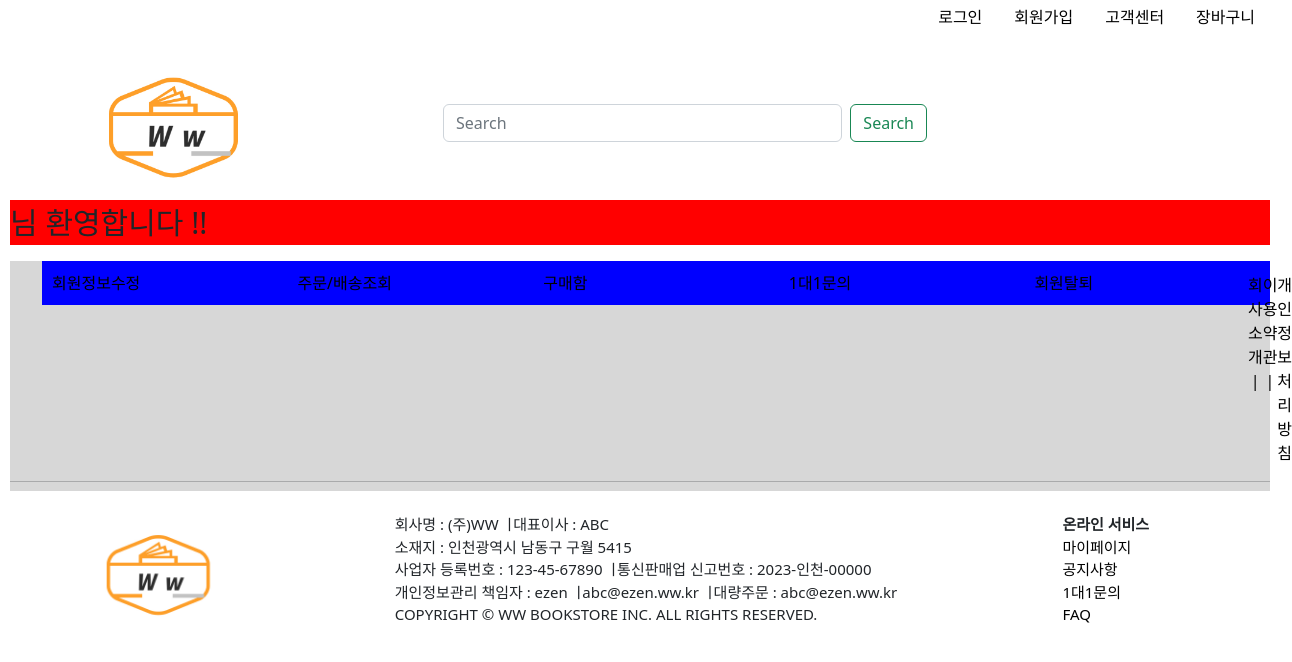
Repository: leehyeonung/project6
Page: http://localhost/book/WEB-INF/views/member/mypage.jsp
The author's editor kept a copy of each file at every save. The page is drawn from the files as they stood at one save, then again after the next save.
The browser window is 1280 px wide. The page is 1292 px wide, then 1287 px, then 1292 px, so the pictures cover 1292 px, including what lies to the right of the window. The pictures show the whole page.
The page is served by Tomcat 9. Nobody is signed in. Other server files are loaded and not shown. The template is opened directly, without the code that normally fills it, so the values that code supplies are empty.

Above is the page before, as saved 2023-01-06 03:06:56.

### book/src/main/webapp/WEB-INF/views/member/mypage.jsp
<%@ page language="java" contentType="text/html; charset=UTF-8"
    pageEncoding="UTF-8"%>
<!DOCTYPE html>
<html>
<head>
<meta charset="UTF-8">
<title>Insert title here</title>
<link rel="stylesheet" type="text/css" href="/resources/css/mypage.css">
</head>
<body>
<jsp:include page="../layout/header.jsp"></jsp:include>
<div class="main">

<div class="information">

<div class="id">
${ses.mem_id}님 환영합니다 !!
</div>

<div class="cell">
${ses.mem_cell_num}
</div>

</div>

<div class="select">
<ul>
	<li><a href="/mem/modify" class="category">회원정보수정</a></li>
	<li><a href="/mem/orderCheck?mem_num=${ses.mem_num}" class="category">주문/배송조회</a></li>
	<li><a href="/mem/buyCheck?mem_num=${ses.mem_num}" class="category">구매함</a></li>
	<li><a href="/board/list" class="category">1대1문의</a></li>
	<li><a href="/mem/delete" class="category">회원탈퇴</a></li>
</ul>
</div>

</div>

<jsp:include page="../layout/footer.jsp"></jsp:include>
</body>
</html>

### book/src/main/webapp/WEB-INF/views/layout/header.jsp
<%@ page language="java" contentType="text/html; charset=UTF-8"
    pageEncoding="UTF-8"%>
<%@ taglib uri="http://java.sun.com/jsp/jstl/core" prefix="c"%>
<!DOCTYPE html>
<html>
<head>
<meta charset="UTF-8">
<title>Insert title here</title>
<!-- CSS only -->
<link href="https://cdn.jsdelivr.net/npm/bootstrap@5.2.2/dist/css/bootstrap.min.css"
rel="stylesheet" integrity="sha384-Zenh87qX5JnK2Jl0vWa8Ck2rdkQ2Bzep5IDxbcnCeuOxjzrPF/et3URy9Bv1WTRi"
crossorigin="anonymous">
<link rel="stylesheet" type="text/css" href="/resources/css/header.css">
</head>
<body>

<div class="header">
    <div class="menu">
        <c:if test="${ses.mem_id ==null}">
        <ul><a href="/mem/loginPage">로그인</a></ul>
        <ul><a href="/mem/joinPage">회원가입</a></ul>
        </c:if>
        <c:if test="${ses.mem_id == 'admin' }">
        <ul><a href="/mem/logOut">로그아웃</a></ul>
        <ul><a href="/mem/adminpage">관리인페이지</a></ul>
        </c:if>
        <c:if test="${ses.mem_id !=null && ses.mem_id !='admin' }">
        <ul><a href="/mem/logOut">로그아웃</a></ul>
        <ul><a href="/mem/mypage">마이페이지</a></ul>
        </c:if>
        <ul><a href="#">고객센터</a></ul>
        <ul><a href="#">장바구니</a></ul>
    </div>
    <div class="bar">
       <div class="logo">
         <a href="/"><img src="/resources/image/logo.jpg" alt="로고"></a>
       </div>
         <div class="searchBar">
            <form class="d-flex" role="search">
                 <input class="form-control me-2" type="search" placeholder="Search" aria-label="Search">
                 <button class="btn btn-outline-success" type="submit">Search</button>
              </form>
         </div>
       <div class="icons">
         <a href=""><i class="fa-solid fa-cart-shopping"></i></a>
            <a href=""><i class="fa-solid fa-user"></i></a>
       </div>
    </div>
</div>
</body>
</html>

### book/src/main/webapp/WEB-INF/views/layout/footer.jsp
<%@ page language="java" contentType="text/html; charset=UTF-8"
   pageEncoding="UTF-8"%>
<!DOCTYPE html>
<html>
<head>
<meta charset="UTF-8">
<title>Insert title here</title>
<link rel="stylesheet" type="text/css" href="/resources/css/footer.css">

</head>

<body>
   <div class="footer">
      <div class="footer-top">
         <ul>
            <li><a href="">회사소개 | </a></li>
            <li><a href="">이용약관 | </a></li>
            <li><a href="">개인정보처리방침</a></li>
         </ul>
      </div>
      <hr>
      <div class="address">
         <div class="footer-logo">
            <img src="/resources/image/logo.jpg" alt="로고">
         </div>
         <div class="address-box">
            <ul>
               <li>회사명 : (주)WW <span style="margin-right: -7px;">ㅣ</span>
                  대표이사 : ABC
               </li>

               <li>소재지 : 인천광역시 남동구 구월 5415</li>
               <li>사업자 등록번호 : 123-45-67890 <span style="margin-right: -7px;">ㅣ</span>
                  통신판매업 신고번호 : 2023-인천-00000
               </li>

               <li>개인정보관리 책임자 : ezen <span style="margin-right: -7px;">ㅣ</span>
                  abc@ezen.ww.kr <span style="margin-right: -7px;">ㅣ</span> 대량주문 :
                  abc@ezen.ww.kr
               </li>

               <li>COPYRIGHT © WW BOOKSTORE INC. ALL RIGHTS RESERVED.</li>

            </ul>

         </div>
         <div class="online-serviceBar">
            <strong>온라인 서비스</strong>
            <ul>
               <li><a href="">마이페이지</a></li>
               <li><a href="">공지사항</a></li>
               <li><a href="">1대1문의</a></li>
               <li><a href="">FAQ</a></li>
            </ul>
         </div>
      </div>
   </div>

</body>
</html>

### book/src/main/webapp/resources/css/mypage.css
@charset "UTF-8";
*{
	margin: 0 auto;
	padding: 0px;

}
.main{
    margin: auto;
    width: 1260px;
    background-color: gray;


}
.id{
    font-size: 30px;
}
.information{
	background-color : red;
}
.category{
    float: left;
    display: inline-block;
	width : 20%;
	height : 100%;
    background-color: blue;
    padding: 10px;
}

### book/src/main/webapp/resources/css/header.css
@charset "UTF-8";
*{
	margin: 0px;
	padding: 0px;
}
.header{
    width: 1260px;
    height: 200px;
   /*  background-color: pink; */
}
.menu{
   display: flex;
   justify-content: flex-end;
   padding:5px;

}
.logo{
    width: 150px;
    height: 150px;
    background-color: blue;
}
.logo>a>img{
    width: 150px;
    height: 150px;
}
.searchBar{
   /* position:absolute; */
    width: 484px;
    height: 42px;
    /* background-color: gold; */
    margin-top:54px;
    border-radius: 30px;

}
.bar{

   height: 150px;
   display: flex;
   flex-direction: row;
   flex-wrap:nowrap;
   justify-content:space-around;
/*    align-items: baseline; */


}
i{
    font-size: 42px;
    color: black;
    margin-top:54px;
    margin-right: 20px;
}

### book/src/main/webapp/resources/css/footer.css
@charset "UTF-8";
.footer {
   width: 1260px;
   height: 230px;
   background-color: rgba(175, 175, 175, 0.5);
   margin: 0 auto;
}

.footer-logo {

   width: 120px;
   height: 120px;
   background-color: beige;
}
.footer-logo>img{
   width: 120px;
   height: 120px;
}

.address-box {
   text-align: left;
   padding: 0;
   margin: 0;
}

.address {
   padding: 15px;
   height: 150px;
   display: flex;
   font-size: 15px;
   /* align-items: baseline; */
   flex-direction: row;
   flex-wrap: nowrap;
   justify-content: space-around;
}

ul {
   list-style: none;
}

.footer, .address li {

}

.footer-top {
   text-align: center;
   padding-top: 12px;
}

.footer-top>ul {
   margin: 0;
   padding: 0;
   display: flex;
   justify-content: center;
}

.footer-top>li {
   margin: 0;
   padding: 0;
}

a {
   text-decoration-line: none;
   color: black;
}

a:visited {
   text-decoration: none;
}

a:hover {
   text-decoration: none;
}

a:focus {
   text-decoration: none;
}

a:hover, a:active {
   text-decoration: none;
}

.online-serviceBar {
   padding: 0px;
   margin-left: 20px;
   width: 120px;
   height: 120px;
}

.online-serviceBar>ul {
   margin: 0px;
   padding: 0px;
}

After the next save:
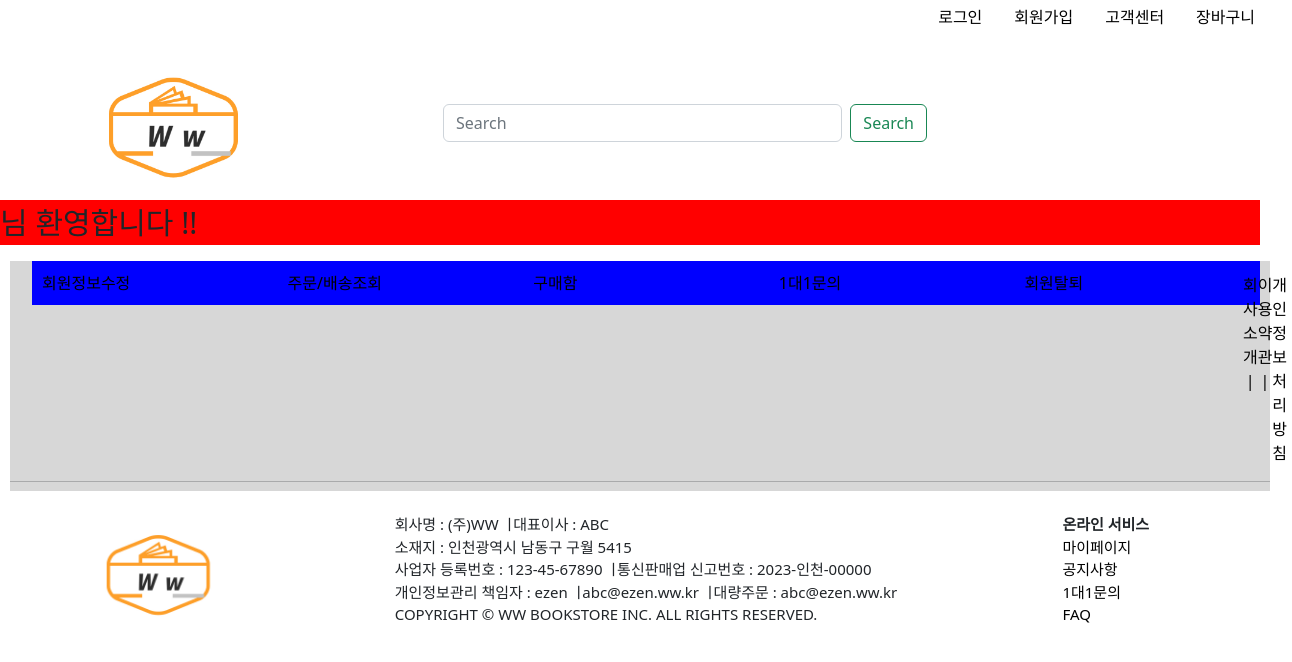
Saved 91 s later.
--- a/book/src/main/webapp/resources/css/mypage.css
+++ b/book/src/main/webapp/resources/css/mypage.css
@@ -5,7 +5,6 @@
 
 }
 .main{
-    margin: auto;
     width: 1260px;
     background-color: gray;
 

After the 2 saves that followed:
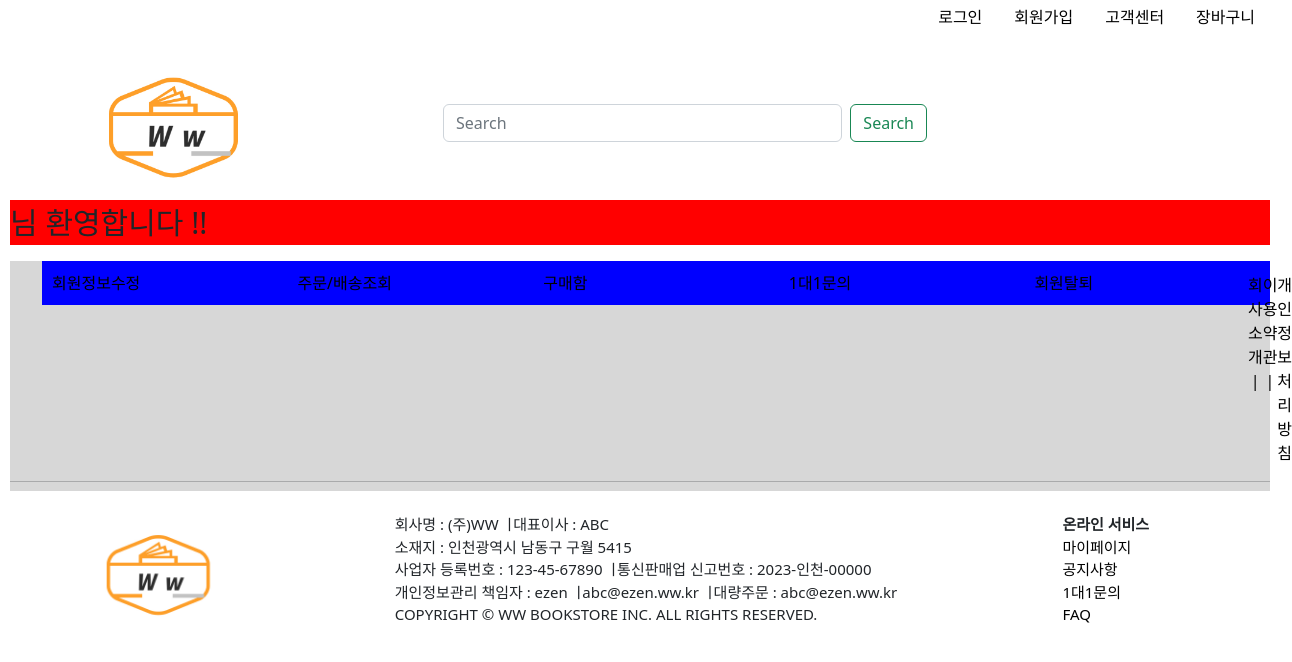
The 2 saves are shown as one change because they came seconds apart.
The last was saved 13 s later.
--- a/book/src/main/webapp/resources/css/mypage.css
+++ b/book/src/main/webapp/resources/css/mypage.css
@@ -5,6 +5,7 @@
 
 }
 .main{
+	margin: 0 auto;
     width: 1260px;
     background-color: gray;
 
